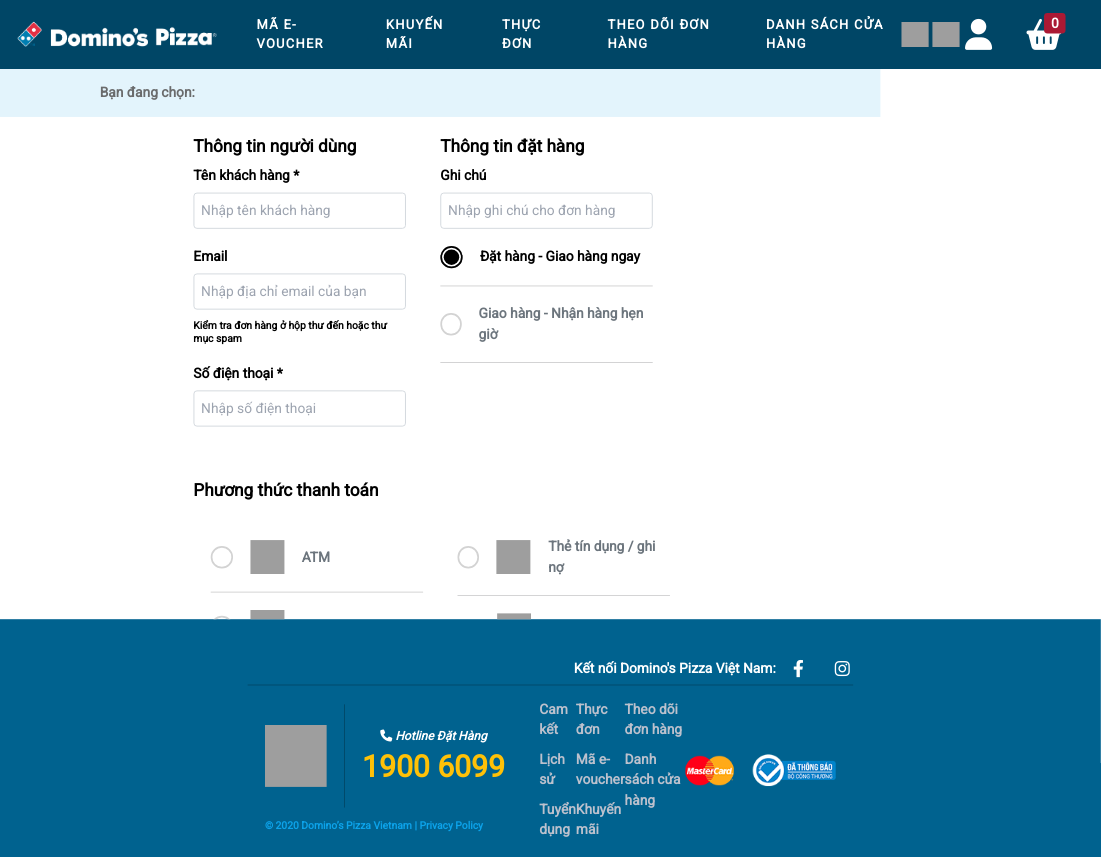
Repository: iphoneboy46/pizza-domino
Page: /thanhtoan
The author's editor kept a copy of each file at every save. The page is drawn from the files as they stood at one save, then again after the next save.
The browser window is 1280 px wide. The pictures show the whole page, at 86% of full size.
Pictures or frames that could not be fetched are drawn as grey boxes. The page's requests for data from a server got no answer. Some web libraries are served in a nearby version. The project was rebuilt for these pictures with package versions that can differ from the ones it lists, and the page was loaded fresh each time. No one was signed in, and anything a server would have sent is missing. Also part of the build but not shown: src/components/Slides/Slides.css, src/components/Slides/Slides.js, src/components/SearchAddress/SearchAddress.css, src/components/SearchAddress/SearchAddress.js, src/components/page/Order/Order.js, src/components/page/Home/Home.css, src/components/page/Login/Login.css, src/components/page/InputField/InputField.js and 35 more.

Above is the page before, as saved 2023-03-01 13:36:42.

### public/index.html
<!DOCTYPE html>
<html lang="en">
  <head>
    <meta charset="utf-8" />
    <link rel="icon" href="%PUBLIC_URL%/favicon.ico" />
    <meta name="viewport" content="width=device-width, initial-scale=1" />
    <meta name="theme-color" content="#000000" />
    <meta
      name="description"
      content="Web site created using create-react-app"
    />
    <link rel="apple-touch-icon" href="%PUBLIC_URL%/logo192.png" />
    <link rel="stylesheet" href="https://cdnjs.cloudflare.com/ajax/libs/font-awesome/6.1.2/css/all.min.css" integrity="sha512-1sCRPdkRXhBV2PBLUdRb4tMg1w2YPf37qatUFeS7zlBy7jJI8Lf4VHwWfZZfpXtYSLy85pkm9GaYVYMfw5BC1A==" crossorigin="anonymous" referrerpolicy="no-referrer" />
    <!--
      manifest.json provides metadata used when your web app is installed on a
      user's mobile device or desktop. See https://developers.google.com/web/fundamentals/web-app-manifest/
    -->
    <link rel="manifest" href="%PUBLIC_URL%/manifest.json" />
    <!--
      Notice the use of %PUBLIC_URL% in the tags above.
      It will be replaced with the URL of the `public` folder during the build.
      Only files inside the `public` folder can be referenced from the HTML.

      Unlike "/favicon.ico" or "favicon.ico", "%PUBLIC_URL%/favicon.ico" will
      work correctly both with client-side routing and a non-root public URL.
      Learn how to configure a non-root public URL by running `npm run build`.
    -->
    <title>Pizza-Domino</title>
  </head>
  <body>
    <noscript>You need to enable JavaScript to run this app.</noscript>
    <div id="root"></div>
    <!--
      This HTML file is a template.
      If you open it directly in the browser, you will see an empty page.

      You can add webfonts, meta tags, or analytics to this file.
      The build step will place the bundled scripts into the <body> tag.

      To begin the development, run `npm start` or `yarn start`.
      To create a production bundle, use `npm run build` or `yarn build`.
    -->
  </body>
</html>

### src/index.js
import React from 'react';
import ReactDOM from 'react-dom/client';
import './index.css';
import App from './App';
import reportWebVitals from './reportWebVitals';
import Provider from '../src/components/Store/Provider';


const root = ReactDOM.createRoot(document.getElementById('root'));
root.render(
  <React.StrictMode>
    <Provider>
      <App />
    </Provider>
  </React.StrictMode>
);

// If you want to start measuring performance in your app, pass a function
// to log results (for example: reportWebVitals(console.log))
// or send to an analytics endpoint. Learn more: https://bit.ly/CRA-vitals
reportWebVitals();

### src/App.css
@import url('https://fonts.googleapis.com/css2?family=Roboto:wght@300;400&display=swap');

* {
  padding: 0;
  margin: 0;
  box-sizing: border-box;
  font-family: 'Roboto', sans-serif;

}

ul {
  list-style: none;
}

a {
  text-decoration: none;
}

/* width */
::-webkit-scrollbar {
  width: 8px;
  z-index: 1;
}

/* Track */
::-webkit-scrollbar-track {
  background: transparent;
  z-index: 1;
}

/* Handle */
::-webkit-scrollbar-thumb {

  background: #bcc1cb;
  border-radius: 4px;
  z-index: 1;
}



/* Handle on hover */
::-webkit-scrollbar-thumb:hover {
  background: #555;
  z-index: 1;
}

.modal {
  position: fixed;
  top: 0;
  left: 0;
  right: 0;
  bottom: 0;
  z-index: 999;
  width: 100%;
  height: 100vh;
  background-color: rgba(31, 31, 31, 0.595);
}

@media only screen and (max-width: 768px) {
  ::-webkit-scrollbar{
    width: 8px;
    height: 4px;
    z-index: 1;
  }

  ::-webkit-scrollbar-thumb {
    background: #bcc1cb;
    border-radius: 4px;
    z-index: 1;
  }

}

### src/routes/Routes.js
import Home from '../components/page/Home/Home';
import EVoucher from '../components/page/EVoucher/EVoucher';
import Khuyenmai from '../components/page/Khuyenmai/Khuyenmai';
import Thucdon from '../components/page/Thucdon/Thucdon';
import Donhang from '../components/page/Donhang/Donhang';
import Location from '../components/page/Location/Location';
import Pizza from '../components/page/Pizza/Pizza';
import Giohang from '../components/page/giohang/Giohang';
import Cuahang from '../components/page/Cuahang/Cuahang';
import Delivery from '../components/page/Delivery/Delivery';
import TakeAWay from '../components/page/TakeAWay/TakeAWay';
import ThanhToan from '../components/page/ThanhToan/ThanhToan';

const publicRoutes = [
    {path:'/', component:Home},
    {path:'/EVoucher', component:EVoucher},
    {path:'/Khuyenmai', component:Khuyenmai},
    {path:'/Thucdon', component:Thucdon},
    {path:'/Donhang', component:Donhang},
    {path:'/Cuahang', component:Cuahang},
    {path:'/Location', component:Location},
    {path:'/cart', component:Giohang},
    {path:'/delivery',component:Delivery},
    {path:'/away',component:TakeAWay},
    {path:'/thanhtoan',component:ThanhToan},
]


const privateRoute = []

export {publicRoutes}

### src/components/Store/Context.js
import {createContext} from 'react';

const Store = createContext();

export default Store;

### src/components/page/ThanhToan/ThanhToan.js
import React, { useContext, useState } from "react";
import Context from "../../Store/Context";
import { FastField, Formik } from "formik";
import * as Yup from "yup";
import InputField2 from "../InputField/InputField2";
import "./ThanhToan.css";
import Select from "react-select";
import { options } from "./Options";

function ThanhToan() {
  const { orderAddress } = useContext(Context);
  const [checked, setChecked] = useState(1);
  const [checkedPay, setCheckedPay] = useState(6);
  const [isChecked, setIsChecked] = useState(false);

  const initialValues = {
    email: "",
    password: "",
  };

  const validationSchema = Yup.object().shape({
    name: Yup.string().required("Vui lòng nhập tên khách hàng!"),
    phone: Yup.number().required("Vui lòng nhập số điện thoại!"),
  });

  const handleChecked = (id) => {
    setChecked(id);
    if (id === 2) {
      setIsChecked(true);
    } else {
      setIsChecked(false);
    }
  };

  const handleCheckedPay = (id) => {
    setCheckedPay(id);
  };

  return (
    <Formik initialValues={initialValues} validationSchema={validationSchema}>
      <div className="flex justify-between h-[100vh] w-[100%]">
        <div className="pt-[80px] w-[80%] overflow-hidden">
          <div className="bg-[#e3f4fc] lg:flex md:flex hidden justify-between items-center">
            <div className="flex items-center  p-4 lg:ml-[100px] md:ml-100px text-[#6a6b6c] font-semibold">
              <h1 className="mr-5">Bạn đang chọn:</h1>
              <h1 className="mr-5 text-[#de1736]">
                {orderAddress.takeAway || orderAddress.deliver}
              </h1>
              <h1>{orderAddress.address}</h1>
            </div>
          </div>
          <div className="w-[60%] m-[auto] flex justify-between items-start p-5">
            <div className="flex-1 mr-10">
              <h1 className="font-bold text-xl mb-2">Thông tin người dùng</h1>
              <label className="font-bold block mb-2" htmlFor="name">
                Tên khách hàng *
              </label>
              <FastField
                name="name"
                component={InputField2}
                placeholder="Nhập tên khách hàng"
                type="text"
              />

              <label className="font-bold block mb-2" htmlFor="email">
                Email
              </label>
              <FastField
                name="email"
                component={InputField2}
                //prop truyen vao input field

                type="email"
                placeholder="Nhập địa chỉ email của bạn"
              />
              <span className="mt-[-10px] block text-xs font-bold mb-5">
                Kiểm tra đơn hàng ở hộp thư đến hoặc thư mục spam
              </span>

              <label className="font-bold block mb-2" htmlFor="email">
                Số điện thoại *
              </label>

              <FastField
                name="phone"
                component={InputField2}
                placeholder="Nhập số điện thoại"
              />
            </div>
            <div className="flex-1 mr-10">
              <h1 className="font-bold text-xl mb-2">Thông tin đặt hàng</h1>
              <label className="font-bold block mb-2" htmlFor="name">
                Ghi chú
              </label>
              <FastField
                name="ghichu"
                component={InputField2}
                placeholder="Nhập ghi chú cho đơn hàng"
                type="text"
              />
              <div>
                <div className="dat-thanh-toan flex items-center mb-5 border-b-[1px] border-[#CDCDCE] pb-5">
                  <input
                    className="input-thanh-toan"
                    id="dathang"
                    type="radio"
                    value="Đặt hàng - Giao hàng ngay"
                    checked={checked === 1}
                    onChange={() => {
                      handleChecked(1);
                    }}
                  />

                  <label for="dathang"></label>
                  <p
                    className={
                      checked === 1
                        ? "ml-5 text-[black] font-bold"
                        : "text-[#6c757d] ml-5 font-bold"
                    }
                  >
                    Đặt hàng - Giao hàng ngay
                  </p>
                </div>
                <div className="dat-thanh-toan flex items-center w-[100%] my-5 border-b-[1px] border-[#CDCDCE] pb-5">
                  <input
                    className="input-thanh-toan"
                    id="giaohang"
                    type="radio"
                    value="Giao hàng - Nhận hàng hẹn giờ"
                    checked={checked === 2}
                    onChange={() => {
                      handleChecked(2);
                    }}
                  />

                  <label for="giaohang"></label>
                  <p
                    className={
                      checked === 2
                        ? "ml-5 text-[black] font-bold"
                        : "text-[#6c757d] ml-5 font-bold"
                    }
                  >
                    Giao hàng - Nhận hàng hẹn giờ
                  </p>
                </div>
                {isChecked && (
                  <div className="w-[100%]">
                    <Select
                      placeholder="Chọn giờ nhận hàng"
                      options={options}
                    />
                  </div>
                )}
              </div>
            </div>
          </div>
          <div className="w-[60%] m-[auto] p-5">
            <h1 className="font-bold text-xl mb-5">Phương thức thanh toán</h1>
            <div className="w-[100%] flex justify-between items-center p-5">
              <div className="w-[100%] mr-5">
                <div className="dat-thanh-toan flex items-center w-[100%] mb-5 border-b-[1px] border-[#CDCDCE] pb-5">
                  <input
                    className="input-thanh-toan"
                    id="atm"
                    type="radio"
                    value="Đặt hàng - Giao hàng ngay"
                    checked={checkedPay === 1}
                    onChange={() => {
                      handleCheckedPay(1);
                    }}
                  />

                  <label for="atm"></label>
                  <p
                    className={
                      checkedPay === 1
                        ? "ml-5 text-[black] font-bold flex items-center"
                        : "text-[#6c757d] ml-5 font-bold flex items-center"
                    }
                  >
                    <img
                      className="w-[40px] h-[40px] mr-5"
                      src="https://img.dominos.vn/icon-payment-method-atm.png"
                      alt=""
                    />{" "}
                    ATM
                  </p>
                </div>
                <div className="dat-thanh-toan flex items-center w-[100%] mb-5 border-b-[1px] border-[#CDCDCE] pb-5">
                  <input
                    className="input-thanh-toan"
                    id="momo"
                    type="radio"
                    value="Đặt hàng - Giao hàng ngay"
                    checked={checkedPay === 2}
                    onChange={() => {
                      handleCheckedPay(2);
                    }}
                  />

                  <label for="momo"></label>
                  <p
                    className={
                      checkedPay === 2
                        ? "ml-5 text-[black] font-bold flex items-center"
                        : "text-[#6c757d] ml-5 font-bold flex items-center"
                    }
                  >
                    <img
                      className="w-[40px] h-[40px] mr-5"
                      src="https://img.dominos.vn/icon-payment-method-mo-mo.png"
                      alt=""
                    />{" "}
                    Ví MoMo
                  </p>
                </div>
                <div className="dat-thanh-toan flex items-center w-[100%] mb-5 border-b-[1px] border-[#CDCDCE] pb-5">
                  <input
                    className="input-thanh-toan"
                    id="shopee"
                    type="radio"
                    value="Đặt hàng - Giao hàng ngay"
                    checked={checkedPay === 3}
                    onChange={() => {
                      handleCheckedPay(3);
                    }}
                  />

                  <label for="shopee"></label>
                  <p
                    className={
                      checkedPay === 3
                        ? "ml-5 text-[black] font-bold flex items-center"
                        : "text-[#6c757d] ml-5 font-bold flex items-center"
                    }
                  >
                    <img
                      className="w-[40px] h-[40px] mr-5"
                      src="https://img.dominos.vn/shoppepay.png"
                      alt=""
                    />{" "}
                    Ví ShopeePay
                  </p>
                </div>
              </div>
              <div className="w-[100%] ml-5">
                <div className="dat-thanh-toan flex items-center w-[100%] mb-5 border-b-[1px] border-[#CDCDCE] pb-5">
                  <input
                    className="input-thanh-toan"
                    id="tindung"
                    type="radio"
                    value="Đặt hàng - Giao hàng ngay"
                    checked={checkedPay === 4}
                    onChange={() => {
                      handleCheckedPay(4);
                    }}
                  />

                  <label for="tindung"></label>
                  <p
                    className={
                      checkedPay === 4
                        ? "ml-5 text-[black] font-bold flex items-center"
                        : "text-[#6c757d] ml-5 font-bold flex items-center"
                    }
                  >
                    <img
                      className="w-[40px] h-[40px] mr-5"
                      src="https://img.dominos.vn/icon-payment-method-credit.png"
                      alt=""
                    />{" "}
                    Thẻ tín dụng / ghi nợ
                  </p>
                </div>
                <div className="dat-thanh-toan flex items-center w-[100%] mb-5 border-b-[1px] border-[#CDCDCE] pb-5">
                  <input
                    className="input-thanh-toan"
                    id="zalo"
                    type="radio"
                    value="Đặt hàng - Giao hàng ngay"
                    checked={checkedPay === 5}
                    onChange={() => {
                      handleCheckedPay(5);
                    }}
                  />

                  <label for="zalo"></label>
                  <p
                    className={
                      checkedPay === 5
                        ? "ml-5 text-[black] font-bold flex items-center"
                        : "text-[#6c757d] ml-5 font-bold flex items-center"
                    }
                  >
                    <img
                      className="w-[40px] h-[40px] mr-5"
                      src="https://img.dominos.vn/icon-payment-method-zalo-pay.png"
                      alt=""
                    />{" "}
                    Ví ZaloPay
                  </p>
                </div>
                <div className="dat-thanh-toan flex items-center w-[100%] mb-5 border-b-[1px] border-[#CDCDCE] pb-5">
                  <input
                    className="input-thanh-toan"
                    id="tienmat"
                    type="radio"
                    value="Đặt hàng - Giao hàng ngay"
                    checked={checkedPay === 6}
                    onChange={() => {
                      handleCheckedPay(6);
                    }}
                  />

                  <label for="tienmat"></label>
                  <p
                    className={
                      checked === 6
                        ? "ml-5 text-[black] font-bold flex items-center"
                        : "text-[#6c757d] ml-5 font-bold flex items-center"
                    }
                  >
                    <img
                      className="w-[40px] h-[40px] mr-5"
                      src="https://img.dominos.vn/cash.png"
                      alt=""
                    />{" "}
                    Tiền mặt
                  </p>
                </div>
              </div>
            </div>
          </div>
          <div className="w-[60%] m-[auto] p-5">
            <div className="flex items-center">
              <input type="checkbox" /> <h1 className="text-xl font-bold">Xuất hóa đơn đỏ</h1>
            </div>
          </div>
        </div>

        <div className="w-[20%]"></div>
      </div>
    </Formik>
  );
}

export default ThanhToan;

### src/components/page/InputField/InputField2.js
import React from "react";

function InputField2(props) {
  const { field, form, type, label, placeholder, disabled } = props;

  const { name, value, onChange, onBlur } = field;
  const {errors,touched} = form;
  const showError = errors[name] && touched[name]
  return (
    <div className="flex flex-col mb-5">
      {label && (
        <label className="text-[#0F80B3] mb-2 font-bold" htmlFor={name}>
          {label}
        </label>
      )}
      <input
        className="email w-[100%]  border-[#CED4DA] border-[1px] px-2 py-2 rounded"
        type={type}
        onBlur={onBlur}
        onChange={onChange}
        placeholder={placeholder}
        name={name}
        id={name}
      />
    {showError && <p className="text-[red] font-bold text-sm">{errors[name]}</p>}
    </div>
  );
}

export default InputField2;

### src/components/page/ThanhToan/ThanhToan.css
.dat-thanh-toan > label{
    width: 26px;
    height: 26px;
    border: 2px solid lightgrey;
    border-radius: 50%;
    display: inline-block;
    position: relative;
}

.dat-thanh-toan > label:after {
    content: "";
    position: absolute;
    width: 18px;
    height: 18px;
    border-radius: 50%;
    top: 50%;
    left: 50%;
    transform: translate(-50%,-50%);
    background-color:black;
    display: none;
}

.dat-thanh-toan > label::before {
    content: "";
    width: 26px;
    height: 26px;
    border: 2px solid black;
    border-radius: 50%;
    display: inline-block;
    position: absolute;
    top: -2px;
    left: -2px;
    display: none;
}


/* .input-dat-hang{
    display: block !important;
} */

.input-thanh-toan:checked ~  label::after {
    display: block;
}



.input-thanh-toan:checked ~  label::before {
    display: block;
}

### src/components/page/SignIn/SignIn.css
.email:focus{
    border-color:#80bdff !important;
    border-style: solid;
    outline: none;
    box-shadow: 0px 0px 12px #80bdff;
}

.pass-word:focus{
    border-color:#80bdff !important;
    border-style: solid;
    outline: none;
    box-shadow: 0px 0px 12px #80bdff;
}

### src/components/page/Order/Order.css
input[type="radio"] {
    display: none;
}

.labelOd:before {
    width: 30px;
    height: 30px;
    border-radius: 50%;
    position: absolute;
    top: -4px;
    left: -35px;
    content: '';
    background: #fff;
    border: 1px solid lightgray;
}

input[type="radio"]:checked ~ .labelOd:after {
    width: 20px;
    height: 20px;
    border-radius: 50%;
    position: absolute;
    top: 1px;
    left: -30px;
    content: '';
    background:black;
}

input[type="radio"]:checked ~ .labelOd::before {
    width: 30px;
    height: 30px;
    border-radius: 50%;
    position: absolute;
    padding: 10px;
    top: -4px;
    left: -35px;
    content: '';
    border: 1px solid black;
}

### src/components/page/OrderEdit/OrderEdit.css
input[type="radio"] {
    display: none;
}

.labelOd:before {
    width: 30px;
    height: 30px;
    border-radius: 50%;
    position: absolute;
    top: -4px;
    left: -35px;
    content: '';
    background: #fff;
    border: 1px solid lightgray;
}

input[type="radio"]:checked ~ .labelOd:after {
    width: 20px;
    height: 20px;
    border-radius: 50%;
    position: absolute;
    top: 1px;
    left: -30px;
    content: '';
    background:black;
}

input[type="radio"]:checked ~ .labelOd::before {
    width: 30px;
    height: 30px;
    border-radius: 50%;
    position: absolute;
    padding: 10px;
    top: -4px;
    left: -35px;
    content: '';
    border: 1px solid black;
}

### tailwind.config.js
/** @type {import('tailwindcss').Config} */
module.exports = {
    content: [
        "./src/**/*.{js,jsx,ts,tsx}",
    ],
    theme: {
        extend: {

        },
        colors:{
            'wh' : 'rgba(255, 255, 255, 0.75)',
            'wh1' : 'rgba(255, 255, 255, 0.1)',
            'white' : '#fff',
            'yellowcustom': '#ffc107',
            'graycustom':'#bcc1cd',
            'shadowColor': 'rgb(0 42 61 / 16%)'
        }
    },
    plugins: [],
}

Loaded but not shown: src/index.css (common file); src/reportWebVitals.js (common file); src/components/Data/Data.js (1146 lines, source omitted); src/components/Header/Header.js (198 lines, source omitted); src/components/Store/Provider.js (185 lines, source omitted); src/components/Footer/Footer.js (105 lines, source omitted); src/components/page/ThanhToan/Options.js (271 lines, source omitted); src/App.js (95 lines, source omitted)

After the next save:
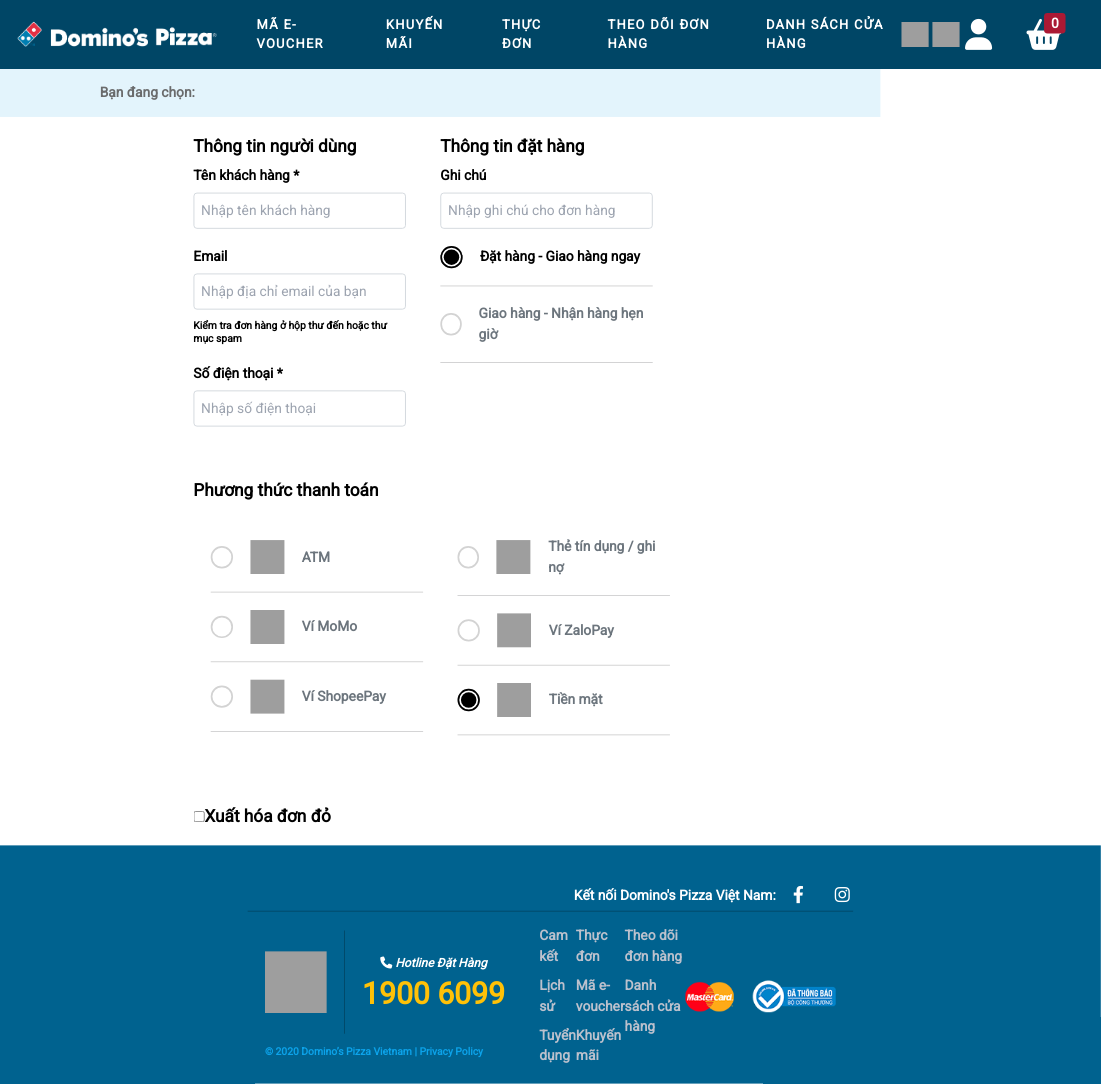
Saved 15 s later.
--- a/src/components/page/ThanhToan/ThanhToan.js
+++ b/src/components/page/ThanhToan/ThanhToan.js
@@ -38,7 +38,7 @@
 
   return (
     <Formik initialValues={initialValues} validationSchema={validationSchema}>
-      <div className="flex justify-between h-[100vh] w-[100%]">
+      <div className="flex justify-between h-[auto] w-[100%]">
         <div className="pt-[80px] w-[80%] overflow-hidden">
           <div className="bg-[#e3f4fc] lg:flex md:flex hidden justify-between items-center">
             <div className="flex items-center  p-4 lg:ml-[100px] md:ml-100px text-[#6a6b6c] font-semibold">
